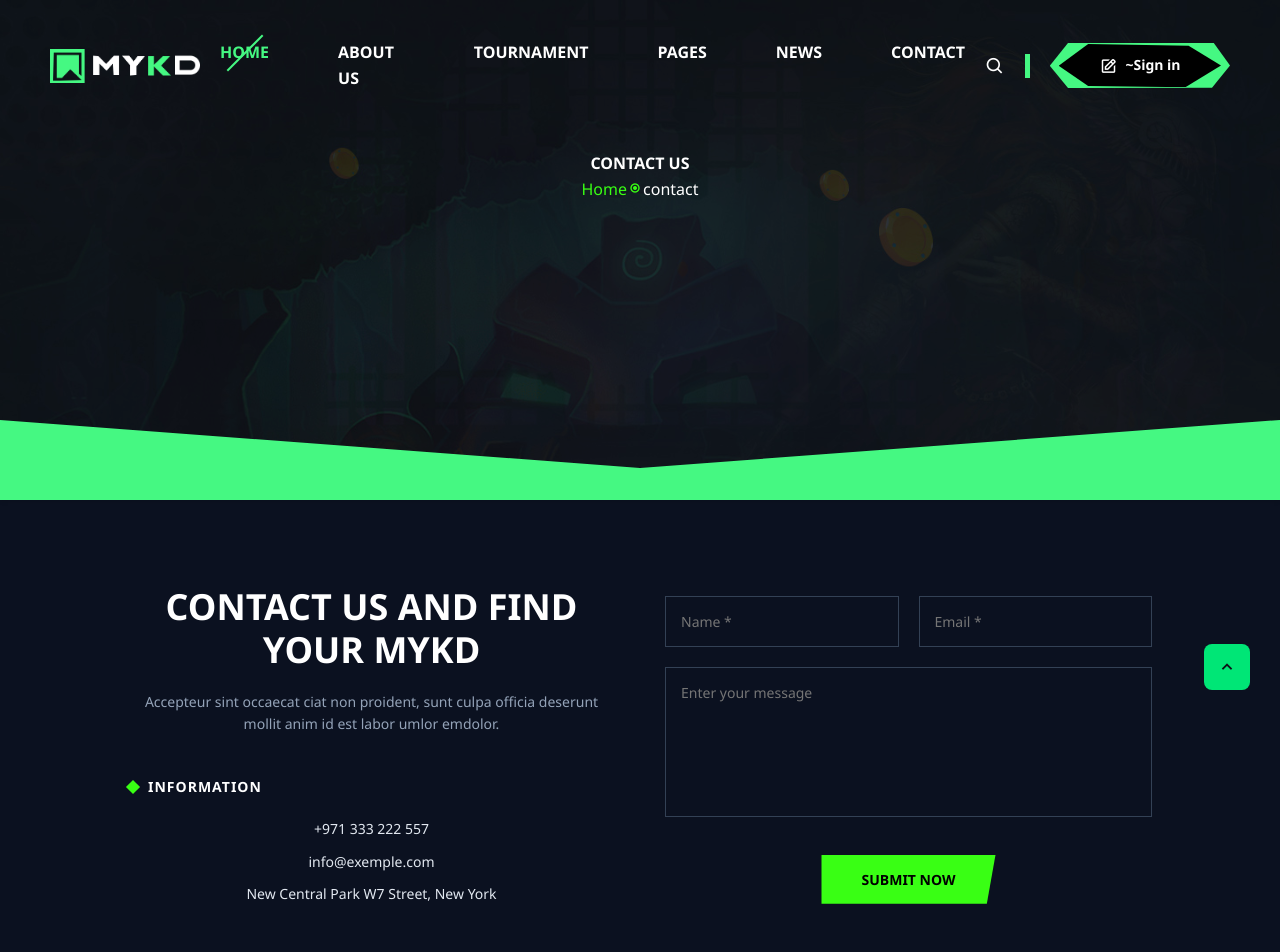
Repository: elfahl52/-MYKD-eSport-and-Gaming
Page: contact.html
An editor plug-in stored every save of this project. The page is shown before and after the next save, followed by the edit.
The browser window is 1280 px wide. The pictures show the part of the page from y = 0 to 952 px (the page is 1882 px tall).
Some web fonts or font styles are not loaded; a fallback is used.

Above is the page before, as saved 2026-06-11 08:30:50.

### contact.html
<!DOCTYPE html>
<html lang="en">

<head>
    <meta charset="UTF-8">
    <meta name="viewport" content="width=device-width, initial-scale=1.0">
    <title>Document</title>
    <!-- Preconnect for performance -->
    <link rel="preconnect" href="https://fonts.googleapis.com">
    <link rel="preconnect" href="https://fonts.gstatic.com" crossorigin>

    <!-- Fonts -->
    <link
        href="https://fonts.googleapis.com/css2?family=Barlow:ital,wght@0,100;0,200;0,300;0,400;0,500;0,600;0,700;0,800;0,900;1,100;1,200;1,300;1,400;1,500;1,600;1,700;1,800;1,900&family=Josefin+Sans:ital,wght@0,100..700;1,100..700&family=Poppins:wght@300;400;500;600;700&display=swap"
        rel="stylesheet">
    <link href="https://fonts.cdnfonts.com/css/berlin-sans-fb-demi" rel="stylesheet">

    <!-- Icons -->
    <link href='https://unpkg.com/boxicons@2.1.4/css/boxicons.min.css' rel='stylesheet'>
    <link rel="stylesheet" href="https://cdnjs.cloudflare.com/ajax/libs/font-awesome/6.5.1/css/all.min.css">

    <!-- Styles -->
    <link rel="stylesheet" href="css/style.css">
    <link rel="stylesheet" href="css/contact.css">
</head>

<body>


    <!-- start header -->
    <header>
        <!-- start nav -->
        <nav>
            <div class="logo">
                <img src="img/logo/logo.png" alt="Gaming Logo">
            </div>

            <ul class="nav-links">
                <li class="has-dropdown">
                    <a href="index.html" class="active">HOME</a>
                    <div class="dropDown">
                        <div>
                            <a href="#" class="active">
                                <article></article>
                                <span>HOME ONE</span>
                            </a>
                        </div>
                        <div>
                            <a href="#">
                                <article></article>
                                <span>HOME TWO</span>
                            </a>
                        </div>
                        <div>
                            <a href="#">
                                <article></article>
                                <span>HOME THREE</span>
                            </a>
                        </div>
                        <div>
                            <a href="#">
                                <article></article>
                                <span>HOME FOUR</span>
                            </a>
                        </div>
                        <div>
                            <a href="#">
                                <article></article>
                                <span>HOME FIVE</span>
                            </a>
                        </div>
                    </div>
                </li>
                <li class="has-dropdown">
                    <a href="#">ABOUT US</a>
                    <div class="dropDown">
                        <div>
                            <a href="#">
                                <article></article>
                                <span>ABOUT PAGE 1</span>
                            </a>
                        </div>
                        <div>
                            <a href="#">
                                <article></article>
                                <span>ABOUT PAGE 2</span>
                            </a>
                        </div>
                    </div>
                </li>
                <li class="has-dropdown">
                    <a href="#">TOURNAMENT</a>
                    <div class="dropDown">
                        <div>
                            <a href="#">
                                <article></article>
                                <span>TOURNAMENT</span>
                            </a>
                        </div>
                        <div>
                            <a href="#">
                                <article></article>
                                <span>TOURNAMENT SINGLE</span>
                            </a>
                        </div>
                    </div>
                </li>
                <li class="has-dropdown">
                    <a href="#">PAGES</a>
                    <div class="dropDown">
                        <div>
                            <a href="#">
                                <article></article>
                                <span>GAMING SHOP</span>
                            </a>
                        </div>
                        <div>
                            <a href="#">
                                <article></article>
                                <span>OUR SERVICES</span>
                            </a>
                        </div>
                        <div>
                            <a href="#">
                                <article></article>
                                <span>SERVICES DETAILS</span>
                            </a>
                        </div>
                        <div>
                            <a href="#">
                                <article></article>
                                <span>PLAYER DETAILS</span>
                            </a>
                        </div>
                        <div>
                            <a href="#">
                                <article></article>
                                <span>LOGIN</span>
                            </a>
                        </div>
                        <div>
                            <a href="#">
                                <article></article>
                                <span>SIGN UP</span>
                            </a>
                        </div>
                    </div>
                </li>
                <li class="has-dropdown">
                    <a href="#">NEWS</a>
                    <div class="dropDown">
                        <div>
                            <a href="#">
                                <article></article>
                                <span>OUR BLOG</span>
                            </a>
                        </div>
                        <div>
                            <a href="#">
                                <article></article>
                                <span>BLOG DETAILS</span>
                            </a>
                        </div>
                    </div>
                </li>
                <li><a href="#">CONTACT</a></li>
            </ul>


            <div class="right-nav">
                <i class="bx bx-search" id="searchIcon" aria-label="Search"></i>
                <div class="nav-divider"></div>

                <!-- Sign In Button -->
                <div class="btn sign-in-btn">
                    <div>
                        <i class="bx bx-edit"></i>
                        <span>~Sign in</span>
                    </div>
                </div>



                <!-- Hamburger Menu -->
                <div class="hamburger" id="hamburger" aria-label="Toggle menu" aria-expanded="false">
                    <span></span>
                    <span></span>
                    <span></span>
                </div>
            </div>
        </nav>
        <!-- end nav -->

           <!-- content -->
          <div class="content">
                <b>Contact us</b>
                <p><span>Home<i class="bx bx-radio-circle-marked" ></i></span>contact</p>
          </div>
        <!-- Mobile Menu Overlay -->
        <div class="mobile-menu" id="mobileMenu">
            <div class="mobile-menu-header">
                <div class="mobile-logo">
                    <img src="img/logo/logo.png" alt="Gaming Logo">
                </div>
                <button class="close-menu" id="closeMenu" aria-label="Close menu">
                    <i class="bx bx-x"></i>
                </button>
            </div>

            <div class="mobile-menu-content">
                <ul class="mobile-nav-links">
                    <!-- HOME with dropdown -->
                    <li class="mobile-has-dropdown">
                        <a href="#" class="active">
                            <i class="bx bx-home"></i>
                            <span>HOME</span>
                            <i class="bx bx-chevron-down mobile-dropdown-toggle"></i>
                        </a>
                        <ul class="mobile-dropdown">
                            <li><a href="#" class="active">HOME ONE</a></li>
                            <li><a href="#">HOME TWO</a></li>
                            <li><a href="#">HOME THREE</a></li>
                            <li><a href="#">HOME FOUR</a></li>
                            <li><a href="#">HOME FIVE</a></li>
                        </ul>
                    </li>

                    <!-- ABOUT US with dropdown -->
                    <li class="mobile-has-dropdown">
                        <a href="#">
                            <i class="bx bx-user"></i>
                            <span>ABOUT US</span>
                            <i class="bx bx-chevron-down mobile-dropdown-toggle"></i>
                        </a>
                        <ul class="mobile-dropdown">
                            <li><a href="#">ABOUT PAGE 1</a></li>
                            <li><a href="#">ABOUT PAGE 2</a></li>
                        </ul>
                    </li>

                    <!-- TOURNAMENT with dropdown -->
                    <li class="mobile-has-dropdown">
                        <a href="#">
                            <i class="bx bx-trophy"></i>
                            <span>TOURNAMENT</span>
                            <i class="bx bx-chevron-down mobile-dropdown-toggle"></i>
                        </a>
                        <ul class="mobile-dropdown">
                            <li><a href="#">TOURNAMENT</a></li>
                            <li><a href="#">TOURNAMENT SINGLE</a></li>
                        </ul>
                    </li>

                    <!-- PAGES with dropdown -->
                    <li class="mobile-has-dropdown">
                        <a href="#">
                            <i class="bx bx-file"></i>
                            <span>PAGES</span>
                            <i class="bx bx-chevron-down mobile-dropdown-toggle"></i>
                        </a>
                        <ul class="mobile-dropdown">
                            <li><a href="#">GAMING SHOP</a></li>
                            <li><a href="#">OUR SERVICES</a></li>
                            <li><a href="#">SERVICES DETAILS</a></li>
                            <li><a href="#">PLAYER DETAILS</a></li>
                            <li><a href="#">LOGIN</a></li>
                            <li><a href="#">SIGN UP</a></li>
                            <li><a href="#">FORGET PASSWORD</a></li>
                            <li><a href="#">404 PAGE</a></li>
                            <!-- Contact Link in Dropdown -->
                            <li class="contact-item">
                                <a href="#contact" class="contact-link">
                                    <i class="bx bx-envelope"></i>
                                    <span>CONTACT US</span>
                                </a>
                            </li>
                        </ul>
                    </li>

                    <!-- NEWS with dropdown -->
                    <li class="mobile-has-dropdown">
                        <a href="#">
                            <i class="bx bx-news"></i>
                            <span>NEWS</span>
                            <i class="bx bx-chevron-down mobile-dropdown-toggle"></i>
                        </a>
                        <ul class="mobile-dropdown">
                            <li><a href="#">OUR BLOG</a></li>
                            <li><a href="#">BLOG DETAILS</a></li>
                        </ul>
                    </li>

                    <!-- CONTACT -->
                    <li>
                        <a href="#contact">
                            <i class="bx bx-envelope"></i>
                            <span>CONTACT</span>
                        </a>
                    </li>
                </ul>

                <!-- Mobile Actions -->
                <div class="mobile-actions">
                    <button class="mobile-search">
                        <i class="bx bx-search"></i>
                        <span>Search</span>
                    </button>
                    <button class="mobile-signin">
                        <i class="bx bx-edit"></i>
                        <span>Sign in</span>
                    </button>
                </div>

                <!-- Social Media -->
                <div class="mobile-social">
                    <h3>Follow Us</h3>
                    <div class="social-icons">
                        <a href="#" aria-label="Facebook"><i class="bx bxl-facebook"></i></a>
                        <a href="#" aria-label="Twitter"><i class="bx bxl-twitter"></i></a>
                        <a href="#" aria-label="Instagram"><i class="bx bxl-instagram"></i></a>
                        <a href="#" aria-label="YouTube"><i class="bx bxl-youtube"></i></a>
                        <a href="#" aria-label="Discord"><i class="bx bxl-discord"></i></a>
                        <a href="#" aria-label="Twitch"><i class="bx bxl-twitch"></i></a>
                    </div>
                </div>

                <!-- Contact Info -->
                <div class="mobile-contact-info">
                    <h3>Contact Info</h3>
                    <p><i class="bx bx-phone"></i> +1 234 567 890</p>
                    <p><i class="bx bx-envelope"></i> info@example.com</p>
                    <p><i class="bx bx-map"></i> 123 Gaming Street, City, Country</p>
                </div>
            </div>
        </div>
        <!-- Overlay for mobile menu -->
        <div class="mobile-overlay" id="mobileOverlay"></div>
        <!--  NEW: Green Divider with Clip-Path -->
        <div class="header-divider"></div>
    </header>
    <!-- end header -->


    <section class="contact-section">

        <!-- المعلومات -->
        <div class="contact-info">
            <h1>Contact Us And Find Your MYKD</h1>
            <p>
                Accepteur sint occaecat ciat non proident, sunt culpa officia deserunt mollit anim id est labor umlor
                emdolor.
            </p>

            <div class="info-header">
                <span class="diamond-icon"></span>
                INFORMATION
            </div>

            <ul class="details-list">
                <li>+971 333 222 557</li>
                <li>info@exemple.com</li>
                <li>New Central Park W7 Street, New York</li>
            </ul>
        </div>

        <!-- النموذج -->
        <form class="contact-form">
            <div class="form-row">
                <div class="input-group">
                    <input type="text" placeholder="Name *" required>
                </div>
                <div class="input-group">
                    <input type="email" placeholder="Email *" required>
                </div>
            </div>

            <textarea placeholder="Enter your message" required></textarea>

            <button type="submit" class="submit-btn">Submit Now</button>
        </form>

    </section>

    <!-- القسم السفلي: الخريطة -->
    <div class="map-container">
        <!-- تم استخدام خريطة نيويورك كمثال -->
        <iframe
            src="https://www.google.com/maps/embed?pb=!1m18!1m12!1m3!1d193595.15830869428!2d-74.119763973046!3d40.69766374874431!2m3!1f0!2f0!3f0!3m2!1i1024!2i768!4f13.1!3m3!1m2!1s0x89c24fa5d33f083b%3A0xc80b8f06e177fe62!2sNew%20York%2C%20NY%2C%20USA!5e0!3m2!1sen!2seg!4v1620000000000!5m2!1sen!2seg"
            allowfullscreen="" loading="lazy"></iframe>
    </div>

    <!-- start footer section -->
    <footer>
        <div class="container">
            <div class="footer-row">

                <!-- Column 1: Logo & Info -->
                <div class="footer-col-1">
                    <div class="footer-logo">
                        <div class="logo-icon">
                            <i class='bx bxs-image'></i>
                        </div>
                        <div class="logo-text">
                            <span class="my">MY</span><span class="kd">KD</span>
                        </div>
                    </div>
                    <p>Lorem ipsum dolor sit amet consectetur adipiscing. Duis sollicitudin augue euismod. Nulla ullam
                        dolor sit amet consectetur.</p>
                    <div class="active-with-us">
                        <span class="active">ACTIVE</span>
                        <span class="with-us">WITH US <i class='bx bx-chevrons-right'></i></span>
                    </div>
                    <div class="social-icons">
                        <a href="#" class="discord" aria-label="Discord"><img src="./img/icons/social_icon01.png"
                                alt=""></a>
                        <a href="#" class="twitter" aria-label="Twitter"><img src="./img/icons/social_icon02.png"
                                alt=""></a>
                        <a href="#" class="instagram" aria-label="Instagram"><img src="./img/icons/social_icon03.png"
                                alt=""></a>
                        <a href="#" class="telegram" aria-label="Telegram"><img src="./img/icons/social_icon04.png"
                                alt=""></a>
                    </div>
                </div>

                <!-- Column 2: Quick Link -->
                <div class="footer-col">
                    <h3>Quick Link</h3>
                    <div class="footer-links">
                        <a href="#">Gaming</a>
                        <a href="#">Product</a>
                        <a href="#">All NFTs</a>
                        <a href="#">Social Network</a>
                        <a href="#">Domain Names</a>
                        <a href="#">Collectibles</a>
                    </div>
                </div>

                <!-- Column 3: Supports -->
                <div class="footer-col">
                    <h3>Supports</h3>
                    <div class="footer-links">
                        <a href="#">Setting &amp; Privacy</a>
                        <a href="#">Help &amp; Support</a>
                        <a href="#">Live Auctions</a>
                        <a href="#">Item Details</a>
                        <a href="#">24/7 Supports</a>
                        <a href="#">Our News</a>
                    </div>
                </div>

                <!-- Column 4: Newsletter -->
                <div class="footer-col footer-col-4">
                    <h3>Newsletter</h3>
                    <p>Subscribe our newsletter to get our latest update &amp; newsconsectetur</p>
                    <form class="newsletter-form" onsubmit="return false;">
                        <input type="email" placeholder="Your email address" aria-label="Email address">
                        <button type="submit" aria-label="Subscribe">
                            <i class='bx bx-right-arrow-alt'></i>
                        </button>
                    </form>
                </div>

            </div>
        </div>

        <!-- Bottom Bar -->
        <div class="bottom-bar">
            <span class="copyright">
                COPYRIGHT &copy; 2026 &ndash; ALL RIGHTS RESERVED BY <span class="mykd-green">Khaled Elfahl</span>
            </span>
            <div class="payment-icons">
                <span class="pay-badge pay-paypal">PayPal</span>
                <span class="pay-badge pay-ebay">eBay</span>
                <span class="pay-badge pay-cirrus">Cirrus</span>
                <span class="pay-badge pay-visa">VISA</span>
                <span class="pay-badge pay-discover">DISCOVER</span>
                <span class="pay-badge pay-mastercard">MasterCard</span>
            </div>
        </div>
    </footer>

    <!-- Scroll to Top -->
    <button class="scroll-top" onclick="window.scrollTo({top:0,behavior:'smooth'})" aria-label="Scroll to top">
        <i class='bx bx-chevron-up'></i>
    </button>

    <!-- end footer section -->
    <!-- js  -->
    <script src="js/main.js"></script>
</body>

</html>

### css/contact.css
* {
  font-family: "Segoe UI", Tahoma, Geneva, Verdana, sans-serif;
}

body {
  background-color: #0f172a;
  color: #ffffff;
}

header {
  background: url("../img/bg/breadcrumb_bg02.jpg") no-repeat center center /
    cover;
  background-color: var(--header-overlay);
  background-blend-mode: overlay;
  box-shadow: 0 2px 4px rgba(0, 0, 0, 0.1);
  min-height: 500px;
  font-family: var(--heading-font);
  position: relative;
  overflow: hidden;
}
header .content {
  text-align: center;
  margin: 20px auto;
}
header .content b {
  text-transform: uppercase;
}
header .content p {

}
header .content p span {
  color: #39ff14;
}
.contact-section {
  display: flex;
  flex-wrap: wrap;
  padding: 80px 10%;
  background-color: #0b1120;
  min-height: 500px;
  align-items: center;
  justify-content: space-between;
}

.contact-info {
  flex: 1;
  min-width: 300px;
  padding-right: 50px;
}

.contact-info h1 {
  font-size: 36px;
  font-weight: 700;
  margin-bottom: 20px;
  line-height: 1.2;
  text-transform: uppercase;
}

.contact-info p {
  color: #94a3b8;
  margin-bottom: 40px;
  line-height: 1.6;
  font-size: 14px;
}

.info-header {
  display: flex;
  align-items: center;
  margin-bottom: 20px;
  font-weight: bold;
  font-size: 14px;
  letter-spacing: 1px;
}

.diamond-icon {
  width: 10px;
  height: 10px;
  background-color: #39ff14;
  transform: rotate(45deg);
  margin-right: 10px;
  display: inline-block;
}

.details-list li {
  list-style: none;
  margin-bottom: 10px;
  font-size: 14px;
  color: #e2e8f0;
}

/*right side*/
.contact-form {
  flex: 1;
  min-width: 300px;
}

.form-row {
  display: flex;
  gap: 20px;
  margin-bottom: 20px;
}

.input-group {
  flex: 1;
  position: relative;
}

input,
textarea {
  width: 100%;
  background: transparent;
  border: 1px solid #334155;
  padding: 15px;
  color: white;
  font-size: 14px;
  outline: none;
  transition: 0.3s;
}

input:focus,
textarea:focus {
  border-color: #39ff14;
}

textarea {
  height: 150px;
  resize: none;
  margin-bottom: 30px;
}

/* button*/
.submit-btn {
  background-color: #39ff14;
  color: #000;
  border: none;
  padding: 15px 40px;
  font-weight: bold;
  font-size: 14px;
  cursor: pointer;
  text-transform: uppercase;
  clip-path: polygon(0 0, 100% 0, 95% 100%, 0% 100%);
  transition: 0.3s;
}

.submit-btn:hover {
  background-color: #2ecc71;
  transform: translateX(5px);
}

/* map*/
.map-container {
  width: 100%;
  height: 450px;
  background-color: #1e293b;
}

iframe {
  width: 100%;
  height: 100%;
  border: 0;
  filter: grayscale(100%) invert(92%) contrast(83%);
}

/* responsive*/
@media (max-width: 768px) {
  .contact-section {
    flex-direction: column;
    padding: 40px 5%;
  }
  .contact-info {
    padding-right: 0;
    margin-bottom: 40px;
  }
  .form-row {
    flex-direction: column;
    gap: 0;
  }
}

Loaded but not shown: js/main.js (141 lines, source omitted); css/style.css (3067 lines, source omitted)

After the next save:
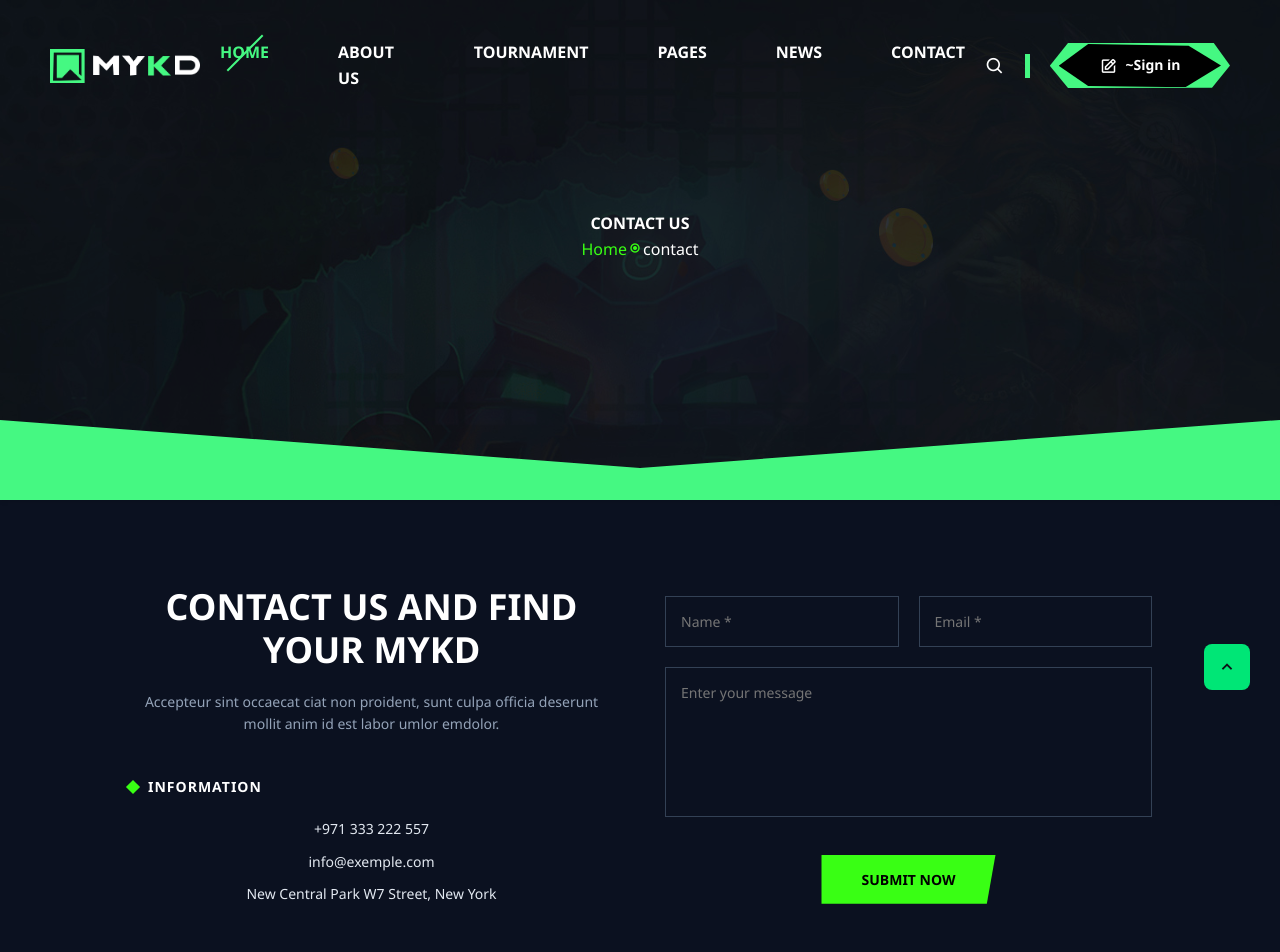
Saved 29 s later.
--- a/css/contact.css
+++ b/css/contact.css
@@ -20,7 +20,7 @@ header {
 }
 header .content {
   text-align: center;
-  margin: 20px auto;
+  margin: 80px auto;
 }
 header .content b {
   text-transform: uppercase;
